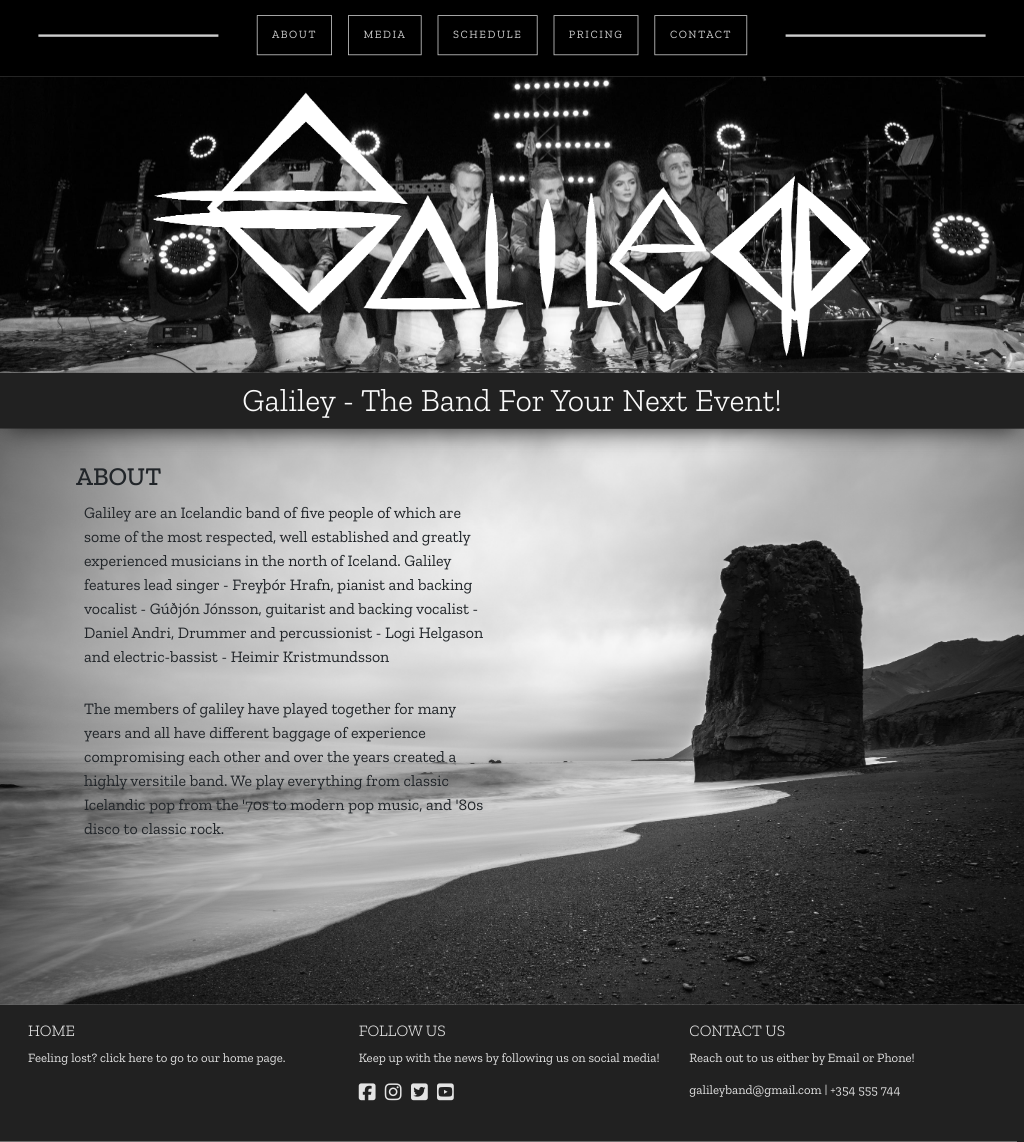
Repository: HeimirDavid/Galiley-Website
Page: index.html
The author's editor kept a record of every edit. The page is drawn from the files as they stood at one moment, then again after the next edit.
The browser window is 1280 px wide. The pictures show the whole page, at 80% of full size.
Backgrounds fixed to the window are drawn as part of the page. Some web libraries are served in a nearby version.

Above is the page before.

### index.html
<!DOCTYPE html>
<html lang="en">

<head>
    <meta charset="UTF-8">
    <meta name="viewport" content="width=device-width, initial-scale=1.0">
    <meta http-equiv="X-UA-Compatible" content="ie=edge">

    <link rel="stylesheet" href="https://stackpath.bootstrapcdn.com/bootstrap/4.3.1/css/bootstrap.min.css" integrity="sha384-ggOyR0iXCbMQv3Xipma34MD+dH/1fQ784/j6cY/iJTQUOhcWr7x9JvoRxT2MZw1T" crossorigin="anonymous">
    <link rel="stylesheet" href="https://cdnjs.cloudflare.com/ajax/libs/hover.css/2.3.1/css/hover-min.css" type="text/css" />
    <link rel="stylesheet" href="assets/css/style.css" type="text/css" />

    <script src="https://code.jquery.com/jquery-3.3.1.slim.min.js" integrity="sha384-q8i/X+965DzO0rT7abK41JStQIAqVgRVzpbzo5smXKp4YfRvH+8abtTE1Pi6jizo" crossorigin="anonymous"></script>
    <script src="https://cdnjs.cloudflare.com/ajax/libs/popper.js/1.14.7/umd/popper.min.js" integrity="sha384-UO2eT0CpHqdSJQ6hJty5KVphtPhzWj9WO1clHTMGa3JDZwrnQq4sF86dIHNDz0W1" crossorigin="anonymous"></script>
    <script src="https://stackpath.bootstrapcdn.com/bootstrap/4.3.1/js/bootstrap.min.js" integrity="sha384-JjSmVgyd0p3pXB1rRibZUAYoIIy6OrQ6VrjIEaFf/nJGzIxFDsf4x0xIM+B07jRM" crossorigin="anonymous"></script>
    <script src="https://kit.fontawesome.com/2ea8c5e5d2.js" crossorigin="anonymous"></script>

    <title>Galiley</title>
</head>

<body>
    <header>
        <!------ Header Navigation Menu, Mainly written with bootstrap  ------>
        <div class="row no-gutters">
            <div class="col black-container">
                <nav class="navbar fixed-top navbar-expand-md navbar-dark bg-dark" id="navbar-black-color"> <!-- Navbar position with help of this  -->
                    <a class="navbar-brand" href="index.html">Galiley - Home</a>                            <!-- tutorial: https://www.youtube.com/watch?v=NzjU1GmKosQ&t=90s  -->
                    <button class="navbar-toggler" type="button" data-toggle="collapse" data-target="#navbarSupportedContent" aria-controls="navbarSupportedContent" aria-expanded="false" aria-label="Toggle navigation">
                    <span class="navbar-toggler-icon"></span></button>
                    <div class="collapse navbar-collapse" id="navbarSupportedContent">
                        <ul class="navbar-nav m-auto">
                            <li class="nav-item menuitem">
                                <a class="nav-link" href="index.html"><span>About</span></a>
                            </li>
                            <li class="nav-item menuitem">
                                <a class="nav-link" href="media.html"><span>Media</span></a>
                            </li>
                            <li class="nav-item menuitem">
                                <a class="nav-link" href="schedule.html"><span>Schedule</span></a>
                            </li>
                            <li class="nav-item menuitem">
                                <a class="nav-link" href="pricing.html"><span>Pricing</span></a>
                            </li>
                            <li class="nav-item menuitem">
                                <a class="nav-link" href="contact.html"><span>Contact</span></a>
                            </li>
                        </ul>
                    </div>
                </nav>
            </div>
        </div>

        <!------ Header Logo Image ------>
        <div class="logo-container">
            <div class="row no-gutters">
                <div class="col header-background-img">
                    <a href="#">
                    <img class="logo-white" src="assets/images/galiley_vit.png">
                </a>
                </div>
            </div>
        </div>

        <!------ Header Text  ------>
        <div class="row no-gutters">
            <div class="col h1-heading">
                <h1>Galiley - The Band For Your Next Event!</h1>
            </div>
        </div>
    </header>

    <!-- About section, inspired by sample projects at CI more specific Haley Schafer - StudentExampleProjectGradeFive-->
    <section id="about-image">
        <div class="container">
            <div class="row about-row">
                <div class="col-md-6">
                    <h2 class="header-h2 uppercase">
                        About
                    </h2>
                    <p class="about-text">
                        Galiley are an Icelandic band of five people of which are some of the most respected, well established
                        and greatly experienced musicians in the north of Iceland. Galiley features lead singer - Freyþór Hrafn,
                        pianist and backing vocalist - Gúðjón Jónsson, guitarist and backing vocalist - Daniel Andri, Drummer and
                        percussionist - Logi Helgason and electric-bassist - Heimir Kristmundsson
                    </p>
                    <p class="about-text">
                        The members of galiley have played together for many
                        years and all have different baggage of experience compromising each other and over the years created a highly
                        versitile band. We play everything from classic Icelandic pop from the '70s to modern pop music, and
                        '80s disco to classic rock.
                    </p>
                </div>
            </div>
        </div>
    </section>

    <footer>        <!------ Footer section, Mainly structured and written with the help from CI tutorials from the Resume-Project.
                             Since i liked the design and strucure and felt that it fits well within this project. ------>
        <div class="container-fluid">
            <div class="row" id="footer-details">
                <div class="col-sm-4">
                    <h5 class="uppercase footer-heading">
                        <a href="index.html" class="footer-links">Home</a>
                    </h5>
                    <p class="inline-block">Feeling lost? click here to go to our home page.</p>
                </div>

                <div class="col-sm-4">
                    <h5 class="uppercase footer-heading">Follow Us</h5>
                    <p class="inline-block">Keep up with the news by following us on social media!</p>
                    <ul class="list-inline social-media-links">
                        <li class="list-inline-item">
                            <a class="footer-links" target="_blank" href="https://www.facebook.com/GalileyBand/">
                                <i class="fab fa-facebook-square"></i>
                                <span class="sr-only">Facebook</span>
                            </a>
                        </li>
                        <li class="list-inline-item">
                            <a class="footer-links" target="_blank" href="#">
                                <i class="fab fa-instagram"></i>
                                <span class="sr-only">Instagram</span>
                            </a>
                        </li>
                        <li class="list-inline-item">
                            <a class="footer-links" target="_blank" href="#">
                                <i class="fab fa-twitter-square"></i>
                                <span class="sr-only">Twitter</span>
                            </a>
                        </li>
                        <li class="list-inline-item">
                            <a class="footer-links" target="_blank" href="#">
                                <i class="fab fa-youtube-square"></i>
                                <span class="sr-only">Youtube</span>
                            </a>
                        </li>
                    </ul>
                </div>

                <div class="col-sm-4">
                    <h5 class="uppercase footer-heading">Contact Us</h5>
                    <p class="inline-block">Reach out to us either by Email or Phone!</p>
                    <p>galileyband@gmail.com | +354 555 744</p>
                </div>
            </div>
        </div>
    </footer>
</body>

</html>

### assets/css/style.css
@import url('https://fonts.googleapis.com/css?family=Zilla+Slab:300,400,500,600,700&display=swap');

body {
    font-family: 'Zilla Slab', serif;
    background-color: #e3e3e3;

}

/*--------------------------------- Colour */

.green-color {
    color: #35af7e;
}

.wine-red-color {
    color: #b11226;
}

/*------------------------------- Special padding/margins/text */

h1, h2, h3, h4, h5 {
    margin: 0;
}

.uppercase {
    text-transform: uppercase;
}

.inline-block {
    display: inline-block;
}


/*--------------------------------- Navbar/Menu */

.navbar {
    opacity: 0.9;
    text-align: center;
    padding-bottom: 1.2em;
}

.menuitem {
    height: 50px;
    text-align: center;
    padding-left: 10px;
    padding-right: 10px;
    margin: 0px 10px 0px 10px;
    border: 1px solid #e3e3e3;
    transition: ease-in-out 0.3s;
    -moz-transition: ease-in-out 0.3s;
    -webkit-transition: ease-in-out 0.3s;
    -o-transition: ease-in-out 0.3s;
}

.menuitem a {
    width: 100%;
    text-decoration: none;
    color: #e3e3e3;
    height: 120px;
}

.menuitem a i {
    padding-top: 22px;
    display: block;
    color: #e3e3e3;
    font-size: 26px;
}

.menuitem span {
    display: block;
    width: 100%;
    padding-top: 5px;
    text-align: center;
    text-transform: uppercase;
    font-size: 14px;
    font-weight: 400;
    letter-spacing: 2px;
    transition: ease-in-out 0.3s;
    -moz-transition: ease-in-out 0.3s;
    -webkit-transition: ease-in-out 0.3s;
    -o-transition: ease-in-out 0.3s;
    color: #e3e3e3;

}

.menuitem:hover {
    background-color: #e3e3e3;
}

.menuitem:hover.menuitem span {
    color: #212121;
}

.navbar::before,     /* Before and After used from inspiration of this tutorial: https://www.youtube.com/watch?v=zGiirUiWslI   */
.navbar::after {
    content: "";
    margin-left: 2em;
    margin-right: 2em;
    width: 18%;
    height: 0.2em;
    background-color: #e3e3e3;
}

.navbar::after {
    width: 20%;
}

.fixed-top {
    padding-top: 1.2em;
}

.navbar-brand {
    display: none;
}

#navbar-black-color {
    background-color: #000!important;
}




/*--------------------------------- Header */

.black-container {
    position: relative;
    top: 0;
    left: 0;
    width: 100%;
    height:6em;
    background-color: #000;
}

.h1-heading {
    color: #fafafa;
    padding: 10px 0px 12px 0px;
    text-align: center;
    background-color: #212121;
    box-shadow: 0px 10px 30px -10px #212121;
}

.h1-heading h1 {
    font-weight: 300;
}

.header-background-img {
    display: block;
    background-image: url("../images/galiley_diddi.jpg");
    padding: 20px;
    background-size: cover;
}

/*
.logo-container {
    margin-top: 7%;
}
*/

.logo-white {
    opacity: 1.9;
    display: block;
    margin-left: auto;
    margin-right: auto;
    width: 70%;
}

/*--------------------------------- Footer */

footer {
    background-color: #212121;
    color: #e3e3e3;
    min-height: 100px;
    margin: 0;
}

.footer-heading {
    font-weight: 300;
    text-decoration: none;
    margin-bottom: 10px;
}

.footer-heading a {
    transition: ease-in-out 0.3s;
    -moz-transition: ease-in-out 0.3s;
    -webkit-transition: ease-in-out 0.3s;
    -o-transition: ease-in-out 0.3s;
}

.footer-heading a:hover {
    color: #a5a5a5;
    text-decoration: none;
}

.footer-links {
    color: #e3e3e3;
}

.social-media-links {
    padding-bottom: 10px;
}

.social-media-links li a i {
    font-size: x-large;
    padding: 10px 0px;
    line-height: 10px;
    transition: ease-in-out 0.3s;
    -moz-transition: ease-in-out 0.3s;
    -webkit-transition: ease-in-out 0.3s;
    -o-transition: ease-in-out 0.3s;
}

.social-media-links li a i:hover {
    color: #35af7e;
}

#footer-details {
    padding: 20px;
}

/*--------------------------------- About Section */

.about-row {
    padding: 40px 10px 20px 10px;
}

.heading-h2 {
    font-weight: 400;
    padding: 10px 10px 20px 10px;
    letter-spacing: 1.5px;
}

.about-text {
    font-size: 20px;
    padding: 10px;
}

/*--------------------------------- Media Queries */

@media (max-width: 767px) {
    .navbar::before,
    .navbar::after {
        display: none;
    }

    .navbar-brand {
        display: block;
    }

    .fixed-top {
        padding: 1em;
    }
}

@media (min-width: 767px) {
    #about-image {
    background-image: url("../images/about-sea-image.jpg");
    background-attachment: fixed;
    background-size: cover;
    height: 100vh;
    width: 100%;
    }

}

@media (min-width: 767px) and (max-width: 1000px) {
    #about-image {
    background-image: url("../images/about-sea-image.jpg");
    background-attachment: fixed;
    background-size: cover;
    height: 180vh;
    width: 100%;
    }
}

After the next edit:
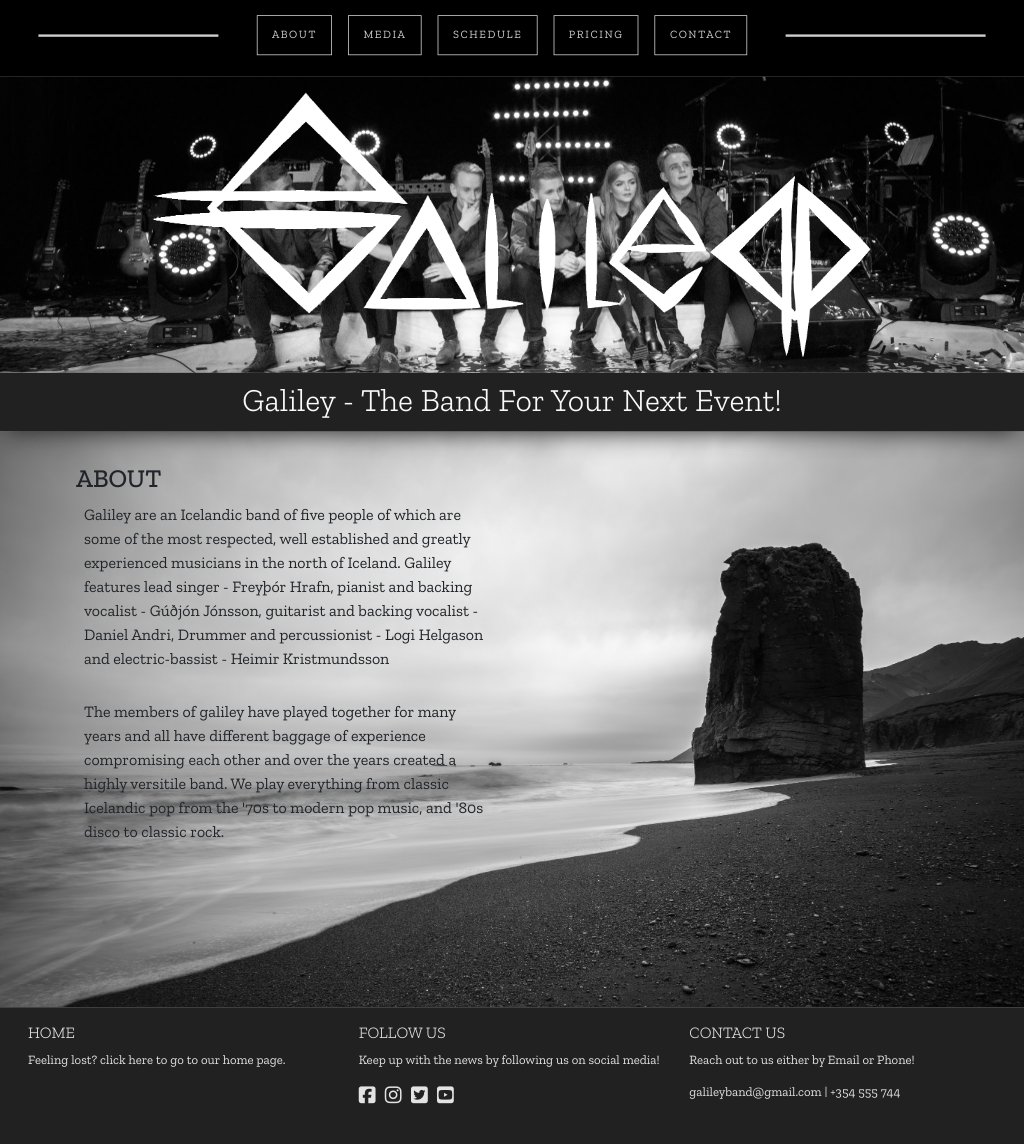
The edit:
--- a/assets/css/style.css
+++ b/assets/css/style.css
@@ -133,7 +133,7 @@
 
 .h1-heading {
     color: #fafafa;
-    padding: 10px 0px 12px 0px;
+    padding: 10px 0px 15px 0px;
     text-align: center;
     background-color: #212121;
     box-shadow: 0px 10px 30px -10px #212121;
